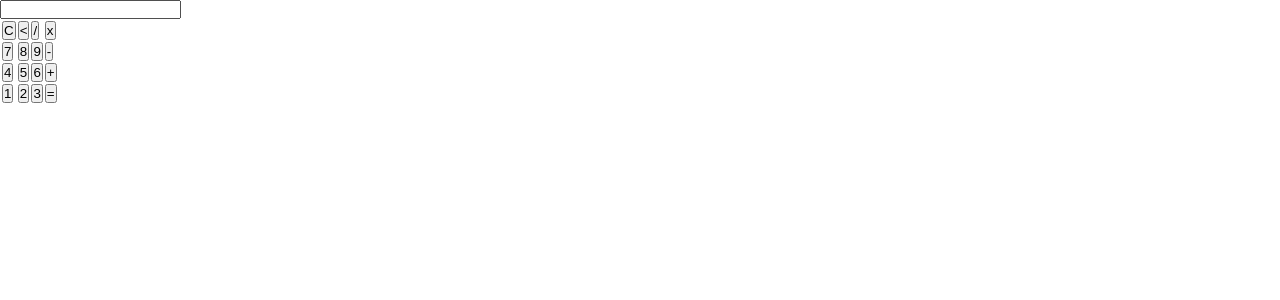
Repository: lacey-crenshaw/calculator
Page: index.html
An editor plug-in stored every save of this project. The page is shown before and after the next save, followed by the edit.
The browser window is 1280 px wide. The pictures show the whole page.

Above is the page before, as saved 2020-02-14 09:20:52.

After the next save:
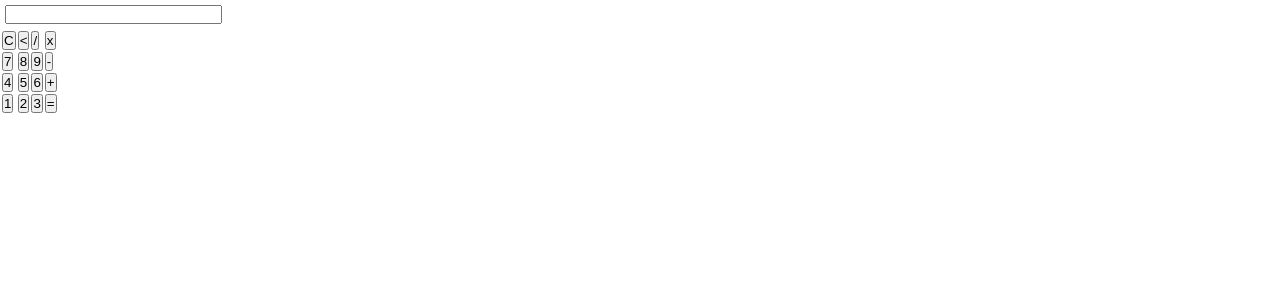
Saved 54 s later.
--- a/index.html
+++ b/index.html
@@ -7,6 +7,19 @@
             *{
                 margin:0;
                 padding:0;
+            }
+
+            .button {
+                width: 50;
+                height: 50;
+                font-size: 2.5;
+                margin: 2;
+            }
+
+            .textview {
+                width: 217;
+                margin: 5;
+
             }
         </style>
     </head>
